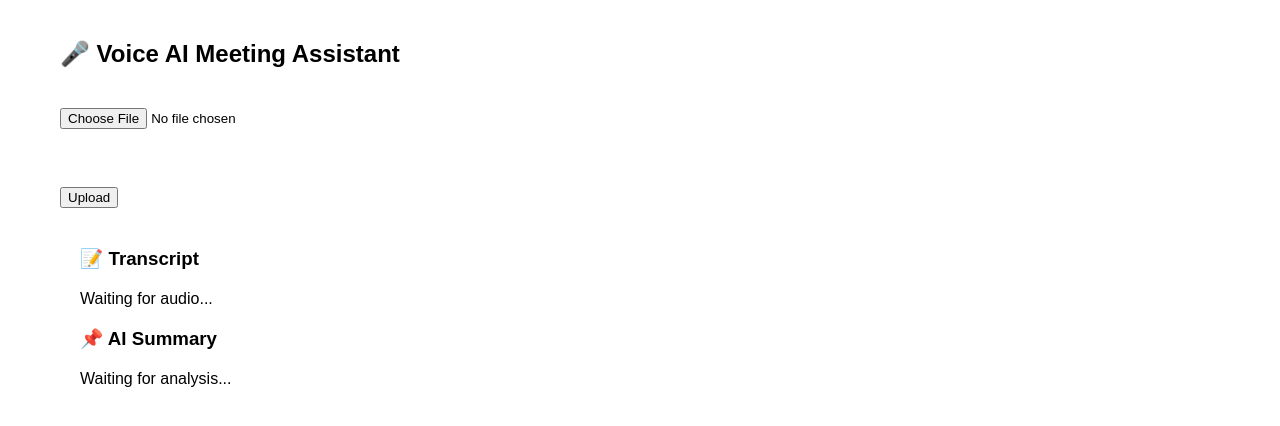
Repository: MujtabaHabib/Voice-AI-Meeting-Assistant
Page: index.html
The author's editor kept a copy of each file at every save. The page is drawn from the files as they stood at one save, then again after a run of saves.
The browser window is 1280 px wide. The pictures show the whole page.

Above is the page before, as saved 2026-02-01 21:51:54.

After the next 3 saves:
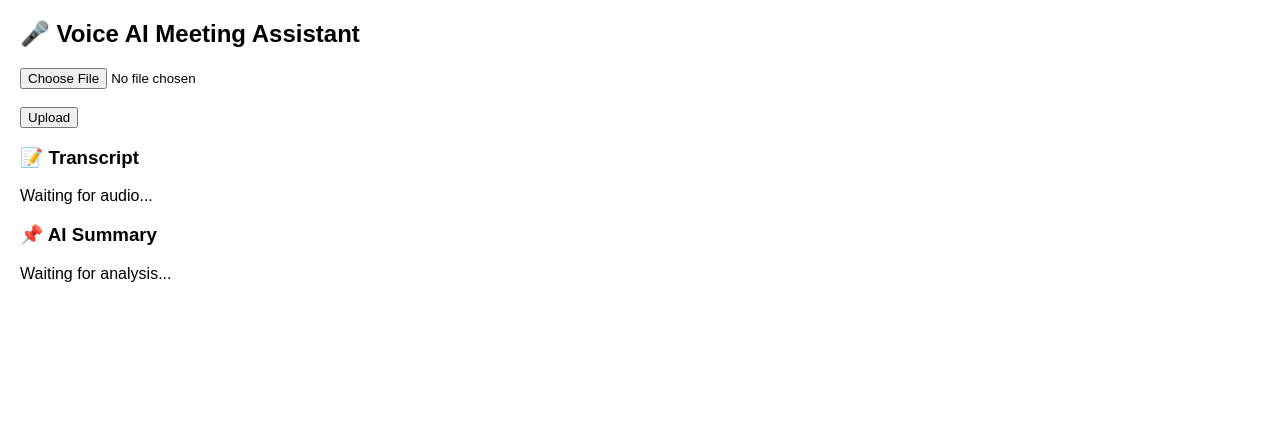
The 3 saves are shown as one change because they came seconds apart.
The last was saved 41 s later.
--- a/style.css
+++ b/style.css
@@ -1,4 +1,4 @@
-*{
+body{
     font-family:Arial;
     margin: 20px;
 }
